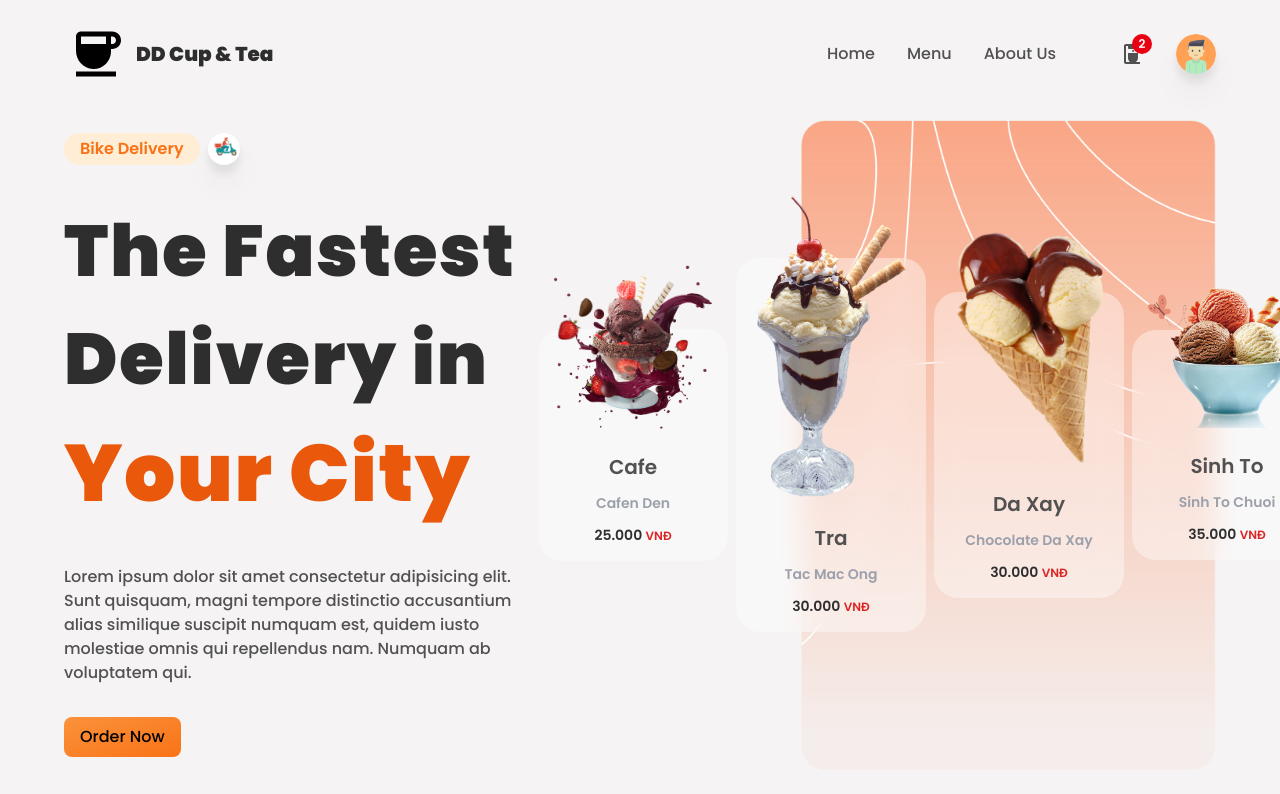
Repository: duongspm/ddcoffee
Page: /
These files come from the project's save history. The page is drawn as it stood at one moment and after the next save; the edit follows.
The browser window is 1280 px wide. The pictures show the whole page.
An inner scrolling area shows only its first screen. The project was rebuilt for these pictures with package versions that can differ from the ones it lists, and the page was loaded fresh each time. Also part of the build but not shown: src/App.css, src/components/CreateContainer.jsx.

Above is the page before, as saved 2022-07-12 20:00:52.

After the next save:
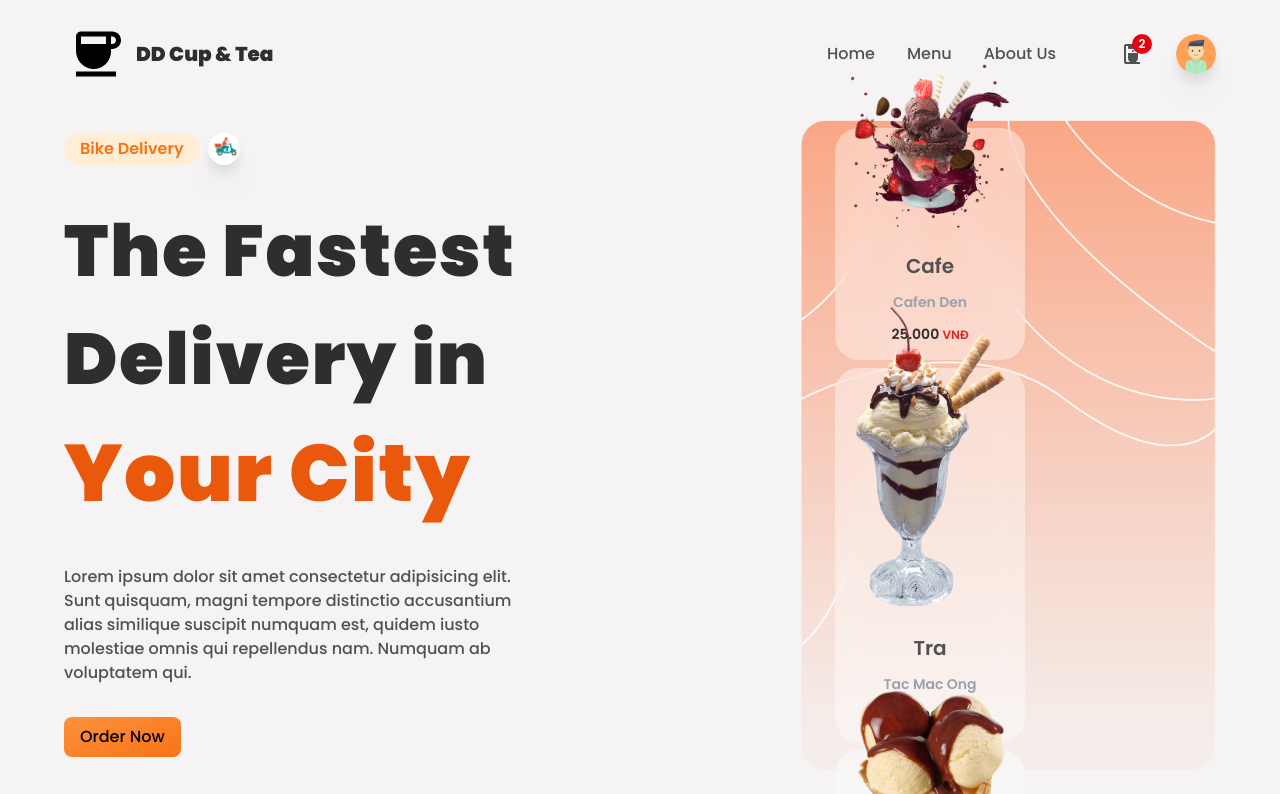
Saved 24 s later.
--- a/src/components/HomeContainer.jsx
+++ b/src/components/HomeContainer.jsx
@@ -20,7 +20,7 @@ const HomeContainer = () => {
             <div className='py-2 flex-1 flex items-center relative'>
                 <img src={HeroBg} className="ml-auto h-420 w-full lg:w-auto lg:h-650" alt="hero-bg"/>
 
-                <div className='w-full h-full absolute flex items-center justify-center top-0 left-0 px-32 py-4 gap-2'>
+                <div className='w-full h-full absolute flex items-center justify-center top-0 left-0 px-32 py-4 gap-2 flex-wrap'>
                     {heroData && heroData.map(n => (
                         <div key={n.id} className='w-190 bg-cardOverlay backdrop-blur-md p-4 rounded-3xl flex flex-col items-center justify-center min-w-[190px]'>
                         <img src={n.imageSrc} className='w-40 -mt-20' alt='i1'/>
